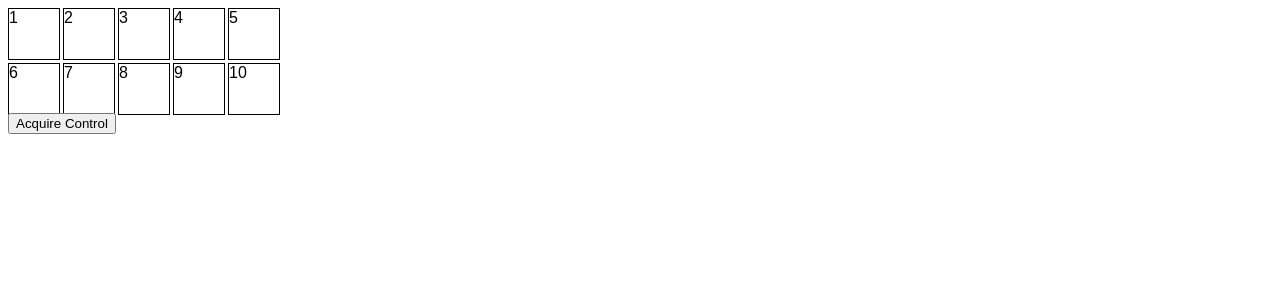
Repository: sahelipaul17/appYogi
Page: public/index.html
These files come from the project's save history. The page is drawn as it stood at one moment and after the next save; the edit follows.
The browser window is 1280 px wide. The pictures show the whole page.
The page's requests for data from a server got no answer. Some web libraries are served in a nearby version.

Above is the page before, as saved 2023-07-28 13:24:07.

### public/index.html
<!DOCTYPE html>
<html>
<head>
  <title>Remote Keyboard</title>
  <link rel="stylesheet" href="styles.css">
</head>
<body>
  <div class="keyboard">
    <div class="key" data-key-index="1">1</div>
    <div class="key" data-key-index="2">2</div>
    <div class="key" data-key-index="3">3</div>
    <div class="key" data-key-index="4">4</div>
    <div class="key" data-key-index="5">5</div>
    <div class="key" data-key-index="6">6</div>
    <div class="key" data-key-index="7">7</div>
    <div class="key" data-key-index="8">8</div>
    <div class="key" data-key-index="9">9</div>
    <div class="key" data-key-index="10">10</div>
    <!-- Add the other keys here -->
  </div>
  <button id="controlButton">Acquire Control</button>
  <script src="https://cdnjs.cloudflare.com/ajax/libs/socket.io/4.0.1/socket.io.js"></script>
  <script src="app.js"></script>
</body>
</html>

### public/styles.css
body {
  font-family: Arial, sans-serif;
}

.container {
  display: flex;
  flex-direction: column;
  align-items: center;
  margin-top: 50px;
}

.keyboard {
  display: grid;
  grid-template-columns: repeat(5, 50px);
  grid-template-rows: repeat(2, 50px);
  grid-gap: 5px;
}

.key {
  width: 50px;
  height: 50px;
  background-color: white;
  border: 1px solid black;
  cursor: pointer;
}

.key.lit-red {
  background-color: red;
}

.key.lit-yellow {
  background-color: yellow;
}

#releaseControlBtn {
  margin-top: 10px;
}

### public/app.js
// script.js

const socket = io();
const keys = document.querySelectorAll('.key');
const controlButton = document.getElementById('controlButton');
let userInControl = false;

keys.forEach((key) => {
  key.addEventListener('click', () => {
    if (userInControl) {
      const keyIndex = key.dataset.keyIndex;
      socket.emit('keyClicked', keyIndex);
    }
  });
});

controlButton.addEventListener('click', () => {
  socket.emit('acquireControl');
});

socket.on('updateKeyStates', (keyStates) => {
  updateKeyStatesUI(keyStates);
});

socket.on('updateControlStatus', (userId) => {
  userInControl = userId === socket.id;
  updateControlUI(userInControl);
});

function updateKeyStatesUI(keyStates) {
  keys.forEach((key, index) => {
    key.style.backgroundColor = keyStates[index] ? (userInControl ? 'red' : 'yellow') : 'white';
  });
}

function updateControlUI(hasControl) {
  controlButton.disabled = hasControl;
  controlButton.textContent = hasControl ? 'You are in control' : 'Acquire Control';
}

After the next save:
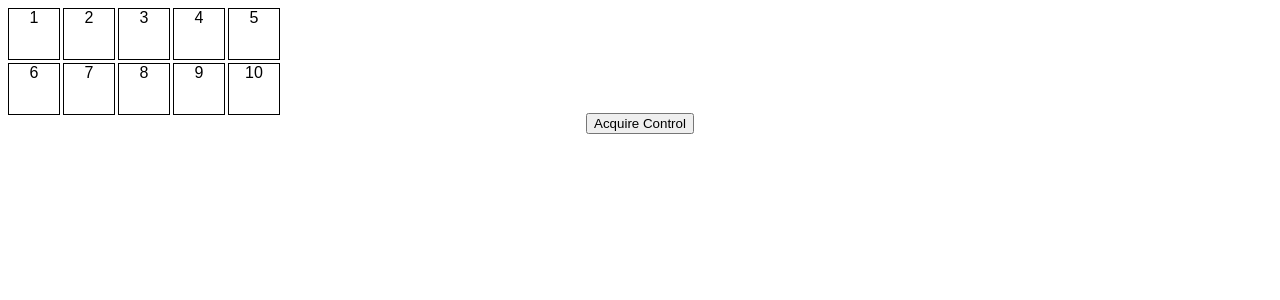
Saved 51 s later.
--- a/public/styles.css
+++ b/public/styles.css
@@ -1,5 +1,6 @@
 body {
   font-family: Arial, sans-serif;
+  text-align: center;
 }
 
 .container {
@@ -14,6 +15,7 @@ body {
   grid-template-columns: repeat(5, 50px);
   grid-template-rows: repeat(2, 50px);
   grid-gap: 5px;
+  text-align: center;
 }
 
 .key {
